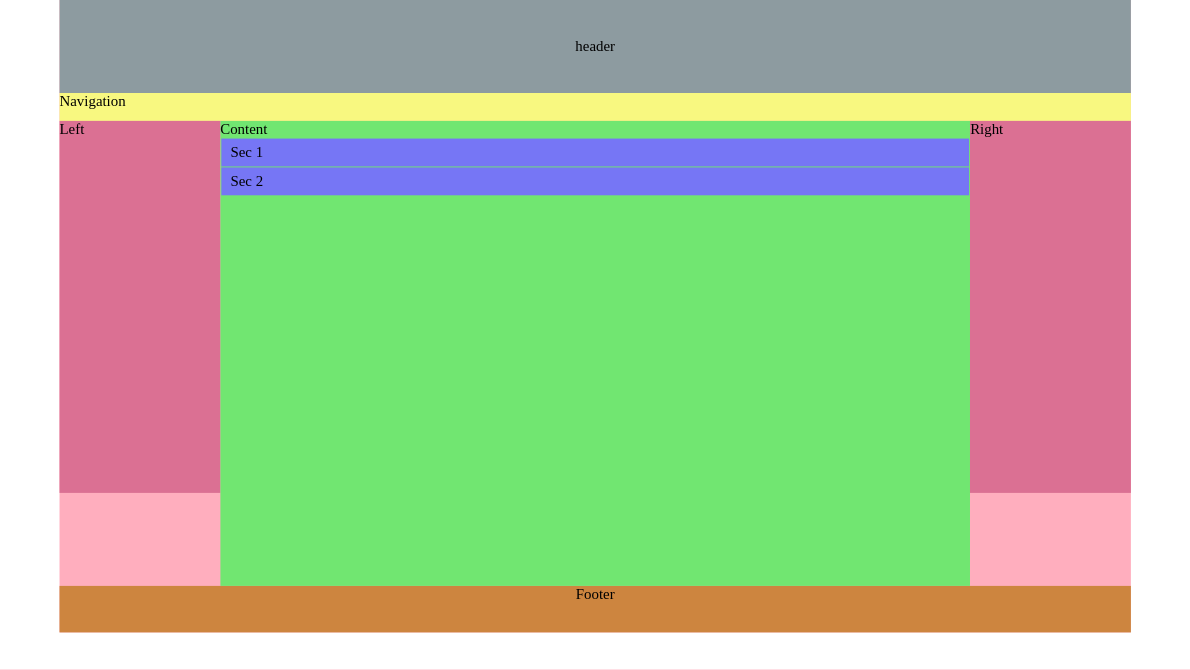
Repository: cvTuananh/Wed-famework
Page: Lab04/lab04/demo04.html
The author's editor kept a copy of each file at every save. The page is drawn from the files as they stood at one save, then again after the next save.
The browser window is 1280 px wide. The pictures show the whole page, at 93% of full size.

Above is the page before, as saved 2021-09-28 19:00:18.

After the next save:
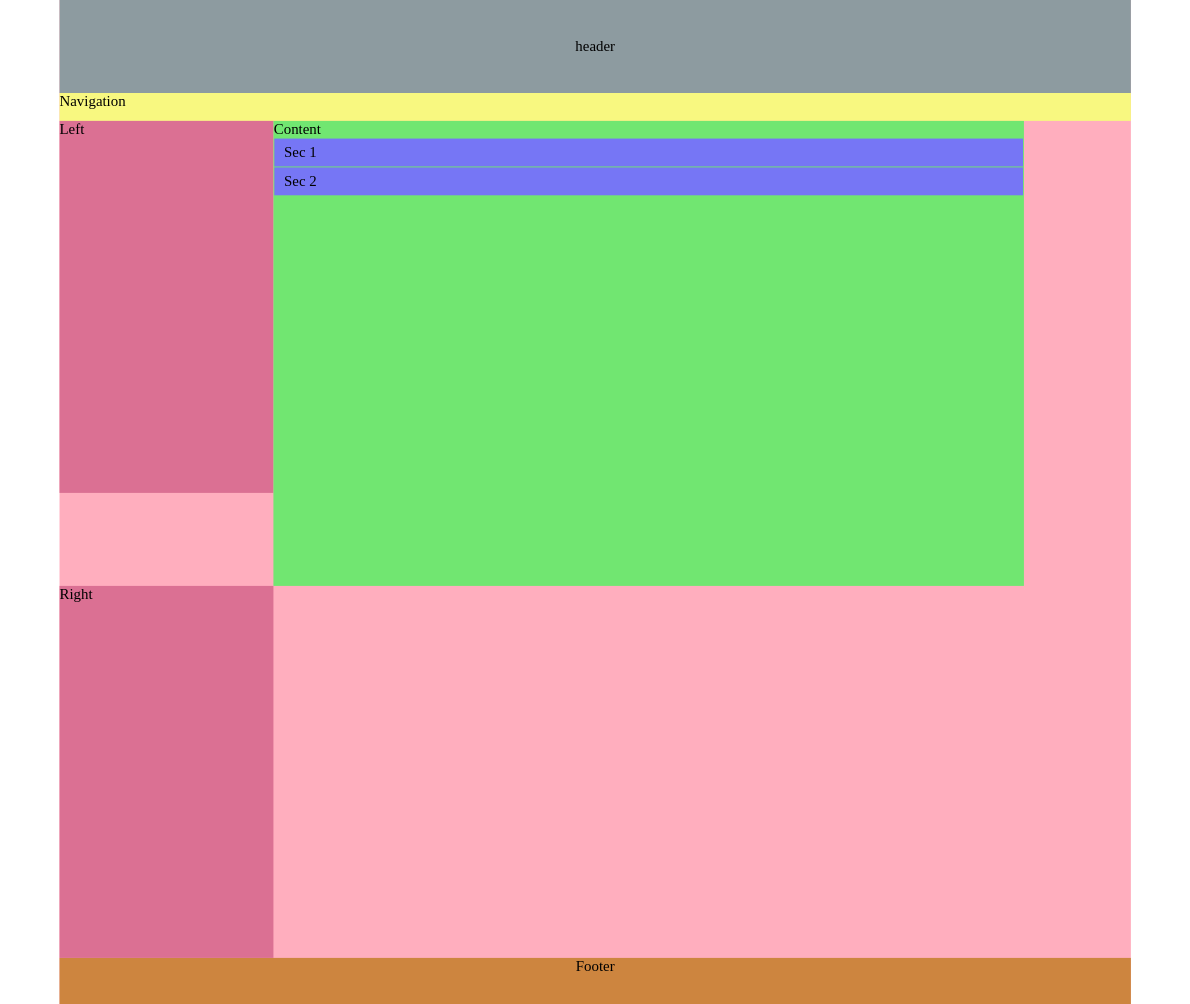
Saved 35 s later.
--- a/Lab04/lab04/demo04.css
+++ b/Lab04/lab04/demo04.css
@@ -23,7 +23,7 @@ nav{
 aside{
     background-color: palevioletred;
     min-height: 400px;
-    width:15%;
+    width:20%;
     float: left; /* sap xep thanh hang */
 
 }
